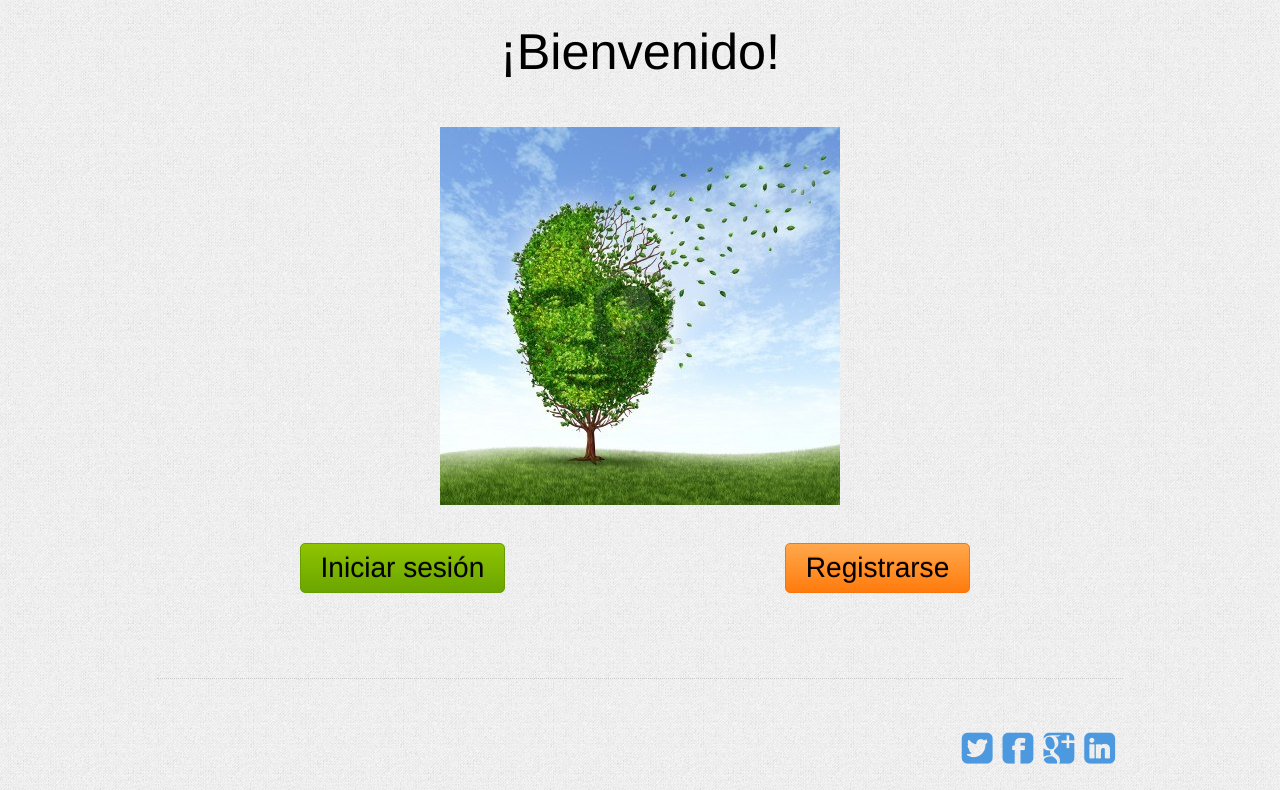
Repository: SCeruso/RememberMe
Page: bienvenido.html
The author's editor kept a record of every edit. The page is drawn from the files as they stood at one moment, then again after the next edit.
The browser window is 1280 px wide. The pictures show the whole page.
Some web libraries are served in a nearby version.

Above is the page before.

### bienvenido.html
<!DOCTYPE html>
<html>
<head>
	<!-- META -->
	<title>HTML KickStart Elements</title>
	<meta charset="UTF-8">
	<meta name="viewport" content="width=device-width, initial-scale=1.0"/>
	<meta name="description" content="" />

	<!-- CSS -->
	<link rel="stylesheet" type="text/css" href="css/kickstart.css" media="all" />
	<link rel="stylesheet" type="text/css" href="style.css" media="all" />

	<!-- Javascript -->
	<script type="text/javascript" src="https://ajax.googleapis.com/ajax/libs/jquery/1.9.1/jquery.min.js"></script>
	<script type="text/javascript" src="js/kickstart.js"></script>
</head>
<body>
<div class="grid">
	<div class="col_12">
        	<h1 class="center">
        	    <p>¡Bienvenido!</p>
        	</h1>
		<br />
		<div class="col_2"></div>
		<div class="col_8 center">
			<img src="imagenes/jaja.jpg" width="400" height="350" />
		</div>
		<div class="col_2"></div>
	</div>
	<div class="col_12">
	<div class="col_6">
		<h5 style="margin-bottom:40px;" class="center">
            		<p><a class="large button green" href="iniciarSesion.html"><font color="black">Iniciar sesión</font></a></p>
        	</h5>
	</div>
	<div class="col_6">
		<h5 style="margin-bottom:40px;" class="center">
            		<p><a class="large button orange" href="registrarse.html"><font color="black">Registrarse</font></a></p>
        	</h5>
	</div>
	</div>
    <hr />
    <div class="col_12">
        <h3 class="right">
            <a href = "http://www.twitter.com" target = "blank">
            	<i class="icon-twitter-sign" title= "Twitter"></i></a>
            <a href = "http://www.facebook.com" target = "blank">
            	<i class="icon-facebook-sign" title= "Facebook"></i></a>
            <a href = "http://www.google.com" target = "blank">
            	<i class="icon-google-plus-sign" title= "Google +"></i></a>
            <a href = "http://www.linkedin.com" target = "blank">
            	<i class="icon-linkedin-sign" title= "Linkedin"></i></a>
        </h3>
    </div>
</div> <!-- End Grid -->
</body>
</html>

### style.css
/*
	99Lime.com HTML KickStart by Joshua Gatcke
	style.css

*/

/*---------------------------------
	IMPORTS
-----------------------------------*/
@import url(http://fonts.googleapis.com/css?family=Arimo:400,700);

/*---------------------------------
	OVERRIDES
-----------------------------------*/
h1,h2,h3,h4,h5,h6{
font-family: "Arimo", arial, verdana, sans-serif;
font-weight:normal;
}

thead th,
tbody th{
font-family: "Arimo", arial, verdana, sans-serif;
}

button,
a.btn,
input[type="submit"],
input[type="reset"],
input[type="button"]{
font-family: "Arimo", arial, verdana, sans-serif;
}

.menu{
font-family: "Arimo", arial, verdana, sans-serif;
}

blockquote{
font-family: "Arimo", arial, verdana, sans-serif;
}

/*---------------------------------
	LAYOUT
-----------------------------------*/
body{
margin:0;
padding:0 0 0 0;
color:#000;
/*background-repeat:repeat;*/
background:#efefef url(css/img/gray_jean.png);
/*background-size:cover;*/
/*background-image:url(css/img/gray_jean.png);*/
font:normal 0.9em/150% 'Arimo', arial, verdana, sans-serif;
text-shadow: 0 0 1px transparent; /* google font pixelation fix */
}

#wrap{
width:100%;
background:#fff;
margin:30px auto 30px auto;
padding:0 2%;
border:1px solid #ccc;
}


#footer{
text-align:center;
padding:20px;
margin:0;
border-top:1px solid #ddd;
color:#999;
font-size:0.8em;
text-shadow:0px 1px 1px #fff;
position: relative;
top:0;
left:0;
background:#fff;
}

	#link-top{
	display:none;
	}

/* NAV BAR*/
.navbar{
position:fixed;
top:0;
left:0;
width: 100%;
background:#000;
color:#fff;
z-index:1000;
}

	.navbar #logo{
	position:absolute;
	top:0;
	right:0;
	padding:0.5em 1em;
	font-size: 1.7em;
	color:#efefef;
	text-decoration:none;
	}

	.navbar span{
	color:#86dc00;
	}


	.navbar ul{
	display:inline-block;
	margin:0;
	padding:0;
	}

		.navbar li{
		margin:0;
		padding:0;
		list-style-type:0;
		display:inline-block;
		}

		.navbar li a{
		display:inline-block;
		color:#efefef;
		padding:1em 1.3em;
		text-decoration:none;
		text-transform: uppercase;
		line-height:100%;
		font-size: 1.2em;
		}

.callout{
background:#4598ef;/*#86dc00;*/
padding:3em 0;
color:#fff;
box-shadow:inset 0 0 10px rgba(0,0,0,0.2);
text-align: center;
text-shadow:0px 1px 3px rgba(0,0,0,0.2);
display:block;
}
	.callout + div.grid{margin-top:50px;}
	 a.callout{cursor:pointer;}
	 .callout i.icon-4x{font-size:6em;}
	 .callout h4{margin-bottom:30px;}
	 .callout-top{margin:50px 0 0 0;}
	 .callout p{margin-bottom:0;}
	 .callout .button{margin-top:10px;}
	 .callout.green{background:#19ad0b;/*#86dc00;*/}

#mc_embed_signup{
padding:30px 0;
}

#ui-preview{
border:5px solid #ddd;
margin:30px 0;
display:block;
}

### css/kickstart-forms.css
/*---------------------------------
	FORMS
-----------------------------------*/
form{
padding:0;
margin:0;
}

fieldset{
margin:30px 0 20px 0;
padding:5px 15px 15px 15px;
border:1px solid #ccc;
background:#f5f5f5;
-moz-border-radius:5px;
-webkit-border-radius:5px;
border-radius:5px;
position: relative;
top:0;
left:0;
}

	legend{
	-moz-border-radius:5px;
	-webkit-border-radius:5px;
	border-radius:5px;
	border:1px solid #ccc;
	background:#f5f5f5;
	padding:2px 10px;
	margin:0 0 0 0;
	display:block;
	position: relative;
	top:0;
	left:0;
	}

	/*IE ONLY - I know, this is a stop gap*/
	.msie fieldset{padding-top:25px;}
	.msie legend{position:absolute;top:-0.7em;left:10px;}

label{
display:inline-block;
*display:inline;
vertical-align: middle;
margin:0;
padding:0;
position:relative;
top:0;
left:0;
zoom:1;
-moz-box-sizing: border-box;
-webkit-box-sizing: border-box;
box-sizing: border-box;
}

	label.inline{
	display:inline;
	margin:0;
	}

	label span{
	color:#999;
	font-size:0.9em;
	}

	label span.right{
	position:absolute;
	bottom:0;
	right:0;
	text-align:right;
	display:inline-block;
	*display:inline;
	}

	label.disabled{
	color:#ccc;
	}

input{
display:inline-block;
*display:inline;
vertical-align: middle;
width:auto;
zoom:1;
margin:0;
border:1px solid #ccc;
font-size:1em;
padding:5px 0;
text-indent: 5px;
-moz-border-radius:5px;
-webkit-border-radius:5px;
border-radius:5px;
background:#fff;
-moz-box-shadow:inset 0 0 6px #ccc;
-webkit-box-shadow:inset 0 1px 6px #ccc;
box-shadow:inset 0 1px 6px #ccc;
-moz-box-sizing: border-box;
-webkit-box-sizing: border-box;
box-sizing: border-box;
}

	input::-webkit-input-placeholder,
	input:-moz-placeholder,
	.placeholder{
	color:#bbb;
	}

	input::-moz-focus-inner {border:0;}

	input[disabled="disabled"], input.disabled{
	color:#999;
	background:#f5f5f5;
	-moz-box-shadow:inset 0 0 2px #ddd;
	-webkit-box-shadow:inset 0 1px 2px #ddd;
	box-shadow:inset 0 1px 2px #ddd;
	}

	/* FOCUS STATES */
	input[type="text"]:focus,
	textarea:focus,
	button:focus,
	a.button:focus,
	select:focus,
	input[type="file"]:focus,
	input[type="password"]:focus{
	-webkit-box-shadow: 0 0 7px #6DB9FF;
	-moz-box-shadow   : 0 0 7px #6DB9FF;
	box-shadow        : 0 0 7px #6DB9FF;
	border: 1px solid #50B1FE;
	outline: none;
	}

	/* TRANSITION */
	input[type="text"],
	textarea,
	button,
	a.button,
	a,
	input[type="file"]{
	-moz-transition: -moz-box-shadow 0.5s, border 0.5s, background 0.5s;
	-webkit-transition: -webkit-box-shadow 0.5s, border 0.5s, background 0.5s;
	-o-transition:  box-shadow 0.5s, border 0.5s, background 0.5s;
	transition: box-shadow 0.5s, border 0.5s, background 0.5s;
	}

input.checkbox,
input[type="checkbox"]{
display:inline;
width:auto;
margin:0;
padding:0;
border:0;
background:none;
vertical-align:center;
*vertical-align: top;
}

input.radio,
input[type="radio"]{
display:inline;
width:auto;
margin:0;
padding:0;
border:0;
background:none;
vertical-align:center;
*vertical-align: top;
}

	input[type="radio"]:focus,
	input[ type="checkbox"]:focus{
	-webkit-box-shadow: 0 0 5px #6DB9FF;
	-moz-box-shadow   : 0 0 5px #6DB9FF;
	box-shadow        : 0 0 5px #6DB9FF;
	outline-color: #6DB9FF;
	}

input.file,
input[type="file"]{
/*font-size:0.8em;*/
-moz-box-shadow:none;
-webkit-box-shadow:none;
box-shadow:none;
border:none;
}

select{
display:inline;
width:auto;
margin:0;
border:1px solid #ccc;
line-height:100%;
padding:3px;
vertical-align: middle;
}

        select[disabled="disabled"], select.disabled{
        color:#999;
        background:#f5f5f5;
        -moz-box-shadow:inset 0 0 2px #ddd;
        -webkit-box-shadow:inset 0 1px 2px #ddd;
        box-shadow:inset 0 1px 2px #ddd;
        }

textarea{
width:auto;
height:200px;
margin:0;
border:1px solid #ccc;
padding:5px;
vertical-align: middle;
font-family:inherit;
font-size:0.9em;
-moz-border-radius:5px;
-webkit-border-radius:5px;
border-radius:5px;
-moz-box-shadow:inset 0 0 6px #ccc;
-webkit-box-shadow:inset 0 1px 6px #ccc;
box-shadow:inset 0 1px 6px #ccc;
-moz-box-sizing: border-box;
-webkit-box-sizing: border-box;
box-sizing: border-box;
}

/*---------------------------------
	COLUMN SIZES
-----------------------------------*/

/* sizes */
input[class*="col_"],
select[class*="col_"],
label[class*="col_"]{
float:none;display:inline-block;*display:inline;margin-bottom:0;
*margin-left: 0.5%;*margin-right: 0.5%;/* this is for IE 7 Only and is not a good fix - work needed here */
}

/*---------------------------------
	FORMS VERTICAL
-----------------------------------*/
form.vertical{

}

	form.vertical label{display:block;}
	form.vertical input,
	form.vertical select,
	form.vertical textarea{width:100%;display:block;margin-bottom:10px;}
	form.vertical .chzn-container{display:block;margin-bottom:10px;}
	form.vertical .chzn-choices{display:block;margin-bottom:10px;}

	/* radios & checks */
	form.vertical input.checkbox,
	form.vertical input[type="checkbox"],
	form.vertical input.radio,
	form.vertical input[type="radio"],
	form.vertical label.inline{display:inline;width:auto;margin:0;}
/*---------------------------------
	FORM VALIDATION
-----------------------------------*/
label.error{color:red;}
input.error{border:1px solid red;}
select.error{border:1px solid red;}

/*---------------------------------
	NOTICES
-----------------------------------*/
.notice{
border:1px solid gold;
background:lightyellow;
padding:10px 20px 10px 40px;
margin:10px 0;
-moz-border-radius:5px;
-webkit-border-radius:5px;
border-radius:5px;
color:#DEAE00;
line-height:120%;
vertical-align: center;
text-shadow:0px 1px rgba(255,255,255,0.5);
position:relative;
top:0;
left:0;
clear:both;
}

	.notice.warning{}/*default*/
	.notice.error{border:1px solid red;background:pink;color:red;}
	.notice.success{border:1px solid green;background:lightgreen;color:green;}
	.notice i[class^='icon-']{position:absolute;top:50%;left:0.8em;margin-top:-0.6em;}
	.notice a[class^='icon-remove'],
	.notice a[class^='icon-remove']:active,
	.notice a[class^='icon-remove']:visited{font-size:12px;position:absolute;top:5px;right:5px;left:auto;color:inherit;margin-top:0;left:auto;}

### css/kickstart-grid.css
/*
	99Lime.com HTML KickStart by Joshua Gatcke
	kickstart-grids.css

	DO NOT EDIT THIS FILE unless you know what you are doing.
*/
/*---------------------------------
	GRID/COLUMNS
-----------------------------------
	tinyfluidgrid.com
	& girlfriendnyc.com
	with changes by 99Lime
-----------------------------------*/
 /*
 & Columns : 12
 & Gutter %: 20%
 & MaxWidth: 1280px
 */

.grid{
max-width:1220px;
margin:0 auto;
padding:0 2em;
}

.grid.flex{
width:100%;
max-width:100%;
padding:0 2%;
padding:2em;
}

.row{
display:block;
overflow:hidden;
clear:both;
}

*[class*="col_"].alpha{margin-left:0;}
*[class*="col_"].omega{margin-right:0;}

.col_1  { width: 6.6666666666667%; }
.col_2  { width: 15%; }
.col_3  { width: 23.333333333333%; }
.col_4  { width: 31.666666666667%; }
.col_5  { width: 40%; }
.col_6  { width: 48.333333333333%; }
.col_7  { width: 56.666666666667%; }
.col_8  { width: 65%; }
.col_9  { width: 73.333333333333%; }
.col_10 { width: 81.666666666667%; }
.col_11 { width: 90%; }
.col_12 { width: 98.333333333333%; }

*[class*="col_"]{
margin-left: 0.83333333333333%;
margin-right: 0.83333333333333%;
margin-top:0.5em;
margin-bottom:0.5em;
float: left;
display: block;
}

.grid img{
max-width: 100%;
height:auto;
}

.clear{clear:both;display:block;overflow:hidden;visibility:hidden;width:0;height:0}
.clearfix:after{clear:both;content:' ';display:block;font-size:0;line-height:0;visibility:hidden;width:0;height:0}
* html .clearfix, *:first-child+html .clearfix{zoom:1}

/* Viewable Grids
	To view your grids, add the class .visible to any grid container.
	This will add a background color so you can see the layout of your grids.
*/
*[class*="col_"].visible{
background:#eee;
border:1px dotted #ccc;
}


/*---------------------------------
	Responsive Grid Media Queries - 1280, 1024, 768, 480
	1280-1024 	- desktop (default grid)
	1024-768 	- tablet landscape
	768-480 	- tablet
	480-less 	- phone landscape & smaller
-----------------------------------*/
@media all and (min-width: 1024px) and (max-width: 1280px) {

	.grid *[class*="col_"]{}
	.grid{max-width: 1024px;}
	.show-desktop	{display:block;}
	.hide-desktop	{display:none;}
	.show-tablet	{display:none;}
	.hide-tablet	{display:block;}
	.show-phone		{display:none;}
	.hide-phone		{display:block;}

}

@media all and (min-width: 768px) and (max-width: 1024px) {

	.grid *[class*="col_"]{}
	.grid{max-width: 768px;}
	.show-desktop	{display:none;}
	.hide-desktop	{display:block;}
	.show-tablet	{display:block;}
	.hide-tablet	{display:none;}
	.show-phone		{display:none;}
	.hide-phone		{display:block;}

}


@media all and (min-width: 480px) and (max-width: 768px) {

	.grid *[class*="col_"]{
	float:none;
	width:auto;
	clear:both;
	display:block;
	}

	/* columns inside of columns */
	.grid *[class*="col_"] [class*="col_"]{
	margin-left:0;
	margin-right:0;
	width:100%;
	}

	.grid{max-width: 480px;}
	.show-desktop	{display:none;}
	.hide-desktop	{display:block;}
	.show-tablet	{display:block;}
	.hide-tablet	{display:none;}
	.show-phone		{display:none;}
	.hide-phone		{display:block;}

}

@media all and (max-width: 480px) {

	.grid *[class*="col_"]{
	float:none;
	width:auto;
	clear:both;
	display:block;
	}

	/* columns inside of columns */
	.grid *[class*="col_"] [class*="col_"]{
	margin-left:0;
	margin-right:0;
	width:100%;
	}

	.grid{max-width: 100%;/*320*/}
	.show-desktop	{display:none;}
	.hide-desktop	{display:block;}
	.show-tablet	{display:none;}
	.hide-tablet	{display:block;}
	.show-phone		{display:block;}
	.hide-phone		{display:none;}

}

### css/kickstart-slideshow.css
/*---------------------------------
	SLIDESHOW2 - Slight Fixes for the slideshow layout *needs work
-----------------------------------*/

	.slideshow{
	clear:both;
	margin:0;
	padding:0;
	width:auto;
	height:auto;
	overflow:hidden;
	}

		.slideshow li{
		list-style-type:none;
		margin:0;
		padding:0;
		float:left;
		display:block;
		}

/**
 * BxSlider v4.0 - Fully loaded, responsive content slider
 * http://bxslider.com
 *
 * Written by: Steven Wanderski, 2012
 * http://stevenwanderski.com
 * (while drinking Belgian ales and listening to jazz)
 *
 * CEO and founder of bxCreative, LTD
 * http://bxcreative.com
 */


/** RESET AND LAYOUT
===================================*/
.bx-wrapper, .bx-wrapper *{
	-webkit-box-sizing: content-box; /* Safari/Chrome, other WebKit */
  	-moz-box-sizing: content-box;    /* Firefox, other Gecko */
  	box-sizing: content-box;         /* Opera/IE 8+ */
}

.bx-wrapper {
	position: relative;
	margin: 0 0 60px;
	padding: 0;
	*zoom: 1;
}

.bx-wrapper img {
	width: 100%;
	display: block;
}

/** THEME
===================================*/

.bx-wrapper .bx-viewport {
	-moz-box-shadow: 0 0 5px #ccc;
	-webkit-box-shadow: 0 0 5px #ccc;
	box-shadow: 0 0 5px #ccc;
	border: solid #fff 5px;
	left: 0;
	background: #fff;
}

.bx-wrapper .bx-pager,
.bx-wrapper .bx-controls-auto {
	position: absolute;
	bottom: -30px;
	width: 100%;
}

/* LOADER */

.bx-wrapper .bx-loading {
	min-height: 50px;
	background: url(img/bx_loader.gif) center center no-repeat #fff;
	height: 100%;
	width: 100%;
	position: absolute;
	top: 0;
	left: 0;
	z-index: 2000;
}

/* PAGER */

.bx-wrapper .bx-pager {
	text-align: center;
	font-size: .85em;
	font-family: Arial;
	font-weight: bold;
	color: #666;
	padding-top: 20px;
}

.bx-wrapper .bx-pager .bx-pager-item,
.bx-wrapper .bx-controls-auto .bx-controls-auto-item {
	display: inline-block;
	*zoom: 1;
	*display: inline;
}

.bx-wrapper .bx-pager.bx-default-pager a {
	background: #666;
	text-indent: -9999px;
	display: block;
	width: 10px;
	height: 10px;
	margin: 0 5px;
	outline: 0;
	-moz-border-radius: 5px;
	-webkit-border-radius: 5px;
	border-radius: 5px;
}

.bx-wrapper .bx-pager.bx-default-pager a:hover,
.bx-wrapper .bx-pager.bx-default-pager a.active {
	background: #000;
}

/* DIRECTION CONTROLS (NEXT / PREV) */

.bx-wrapper .bx-prev {
	left: 10px;
	background: url(img/controls.png) no-repeat 0 -32px;
}

.bx-wrapper .bx-next {
	right: 10px;
	background: url(img/controls.png) no-repeat -43px -32px;
}

.bx-wrapper .bx-prev:hover {
	background-position: 0 0;
}

.bx-wrapper .bx-next:hover {
	background-position: -43px 0;
}

.bx-wrapper .bx-controls-direction a {
	position: absolute;
	top: 50%;
	margin-top: -16px;
	outline: 0;
	width: 32px;
	height: 32px;
	text-indent: -9999px;
	z-index: 9999;
}

.bx-wrapper .bx-controls-direction a.disabled {
	display: none;
}

/* AUTO CONTROLS (START / STOP) */

.bx-wrapper .bx-controls-auto {
	text-align: center;
}

.bx-wrapper .bx-controls-auto .bx-start {
	display: block;
	text-indent: -9999px;
	width: 10px;
	height: 11px;
	outline: 0;
	background: url(img/controls.png) -86px -11px no-repeat;
	margin: 0 3px;
}

.bx-wrapper .bx-controls-auto .bx-start:hover,
.bx-wrapper .bx-controls-auto .bx-start.active {
	background-position: -86px 0;
}

.bx-wrapper .bx-controls-auto .bx-stop {
	display: block;
	text-indent: -9999px;
	width: 9px;
	height: 11px;
	outline: 0;
	background: url(img/controls.png) -86px -44px no-repeat;
	margin: 0 3px;
}

.bx-wrapper .bx-controls-auto .bx-stop:hover,
.bx-wrapper .bx-controls-auto .bx-stop.active {
	background-position: -86px -33px;
}

/* PAGER WITH AUTO-CONTROLS HYBRID LAYOUT */

.bx-wrapper .bx-controls.bx-has-controls-auto.bx-has-pager .bx-pager {
	text-align: left;
	width: 80%;
}

.bx-wrapper .bx-controls.bx-has-controls-auto.bx-has-pager .bx-controls-auto {
	right: 0;
	width: 35px;
}

/* IMAGE CAPTIONS */

.bx-wrapper .bx-caption {
	position: absolute;
	bottom: 0;
	left: 0;
	background: #666\9;
	background: rgba(80, 80, 80, 0.75);
	width: 100%;
}

.bx-wrapper .bx-caption span {
	color: #fff;
	font-family: Arial;
	display: block;
	font-size: .85em;
	padding: 10px;
}

### css/tiptip.css
/*
	TipTip CSS - Version 1.2
	http://code.drewwilson.com/entry/tiptip-jquery-plugin
*/

#tiptip_holder { display: none; position: absolute; top: 0; left: 0; z-index: 99999; }
#tiptip_holder.tip_top { padding-bottom: 5px; }
#tiptip_holder.tip_bottom { padding-top: 5px; }
#tiptip_holder.tip_right { padding-left: 5px; }
#tiptip_holder.tip_left { padding-right: 5px; }

#tiptip_content {
font-size: 11px;
color: #fff;
text-shadow: 0 0 2px #000;
padding: 4px 8px;
border: 1px solid rgba(255,255,255,0.25);
background:#212121;
background-color: rgba(25,25,25,0.92);
background-image: -webkit-gradient(linear, 0% 0%, 0% 100%, from(transparent), to(#000));
-webkit-border-radius: 3px;
-moz-border-radius: 3px;
border-radius: 3px;
-webkit-box-shadow: 0 0 3px #555;
-moz-box-shadow: 0 0 3px #555;
box-shadow: 0 0 3px #555;
*background:#212121;
}

#tiptip_arrow, #tiptip_arrow_inner {
position: absolute;
border-color: transparent;
border-style: solid;
border-width: 6px;
height: 0;
width: 0;
}

#tiptip_holder.tip_top #tiptip_arrow {
border-top-color: #fff;
border-top-color: rgba(255,255,255,0.35);
}

#tiptip_holder.tip_bottom #tiptip_arrow {
border-bottom-color: #fff;
border-bottom-color: rgba(255,255,255,0.35);
}

#tiptip_holder.tip_right #tiptip_arrow {
border-right-color: #fff;
border-right-color: rgba(255,255,255,0.35);
}

#tiptip_holder.tip_left #tiptip_arrow {
border-left-color: #fff;
border-left-color: rgba(255,255,255,0.35);
}

#tiptip_holder.tip_top #tiptip_arrow_inner {
margin-top: -7px;
margin-left: -6px;
border-top-color: rgb(25,25,25);
border-top-color: rgba(25,25,25,0.92);
}

#tiptip_holder.tip_bottom #tiptip_arrow_inner {
margin-top: -5px;
margin-left: -6px;
border-bottom-color: rgb(25,25,25);
border-bottom-color: rgba(25,25,25,0.92);
}

#tiptip_holder.tip_right #tiptip_arrow_inner {
margin-top: -6px;
margin-left: -5px;
border-right-color: rgb(25,25,25);
border-right-color: rgba(25,25,25,0.92);
}

#tiptip_holder.tip_left #tiptip_arrow_inner {
margin-top: -6px;
margin-left: -7px;
border-left-color: rgb(25,25,25);
border-left-color: rgba(25,25,25,0.92);
}

/* Webkit Hacks  */
@media screen and (-webkit-min-device-pixel-ratio:0) {
	#tiptip_content {
		padding: 4px 8px 5px 8px;
		background-color: rgba(45,45,45,0.88);
	}
	#tiptip_holder.tip_bottom #tiptip_arrow_inner {
		border-bottom-color: rgba(45,45,45,0.88);
	}
	#tiptip_holder.tip_top #tiptip_arrow_inner {
		border-top-color: rgba(20,20,20,0.92);
	}
}

Loaded but not shown: css/jquery.fancybox-1.3.4.css (library); css/prettify.css (common file); css/fonts/fontawesome/css/font-awesome.min.css (library); js/kickstart.js (424 lines, source omitted); css/kickstart-buttons.css (369 lines, source omitted); css/kickstart.css (508 lines, source omitted); css/kickstart-menus.css (180 lines, source omitted)

After the next edit:
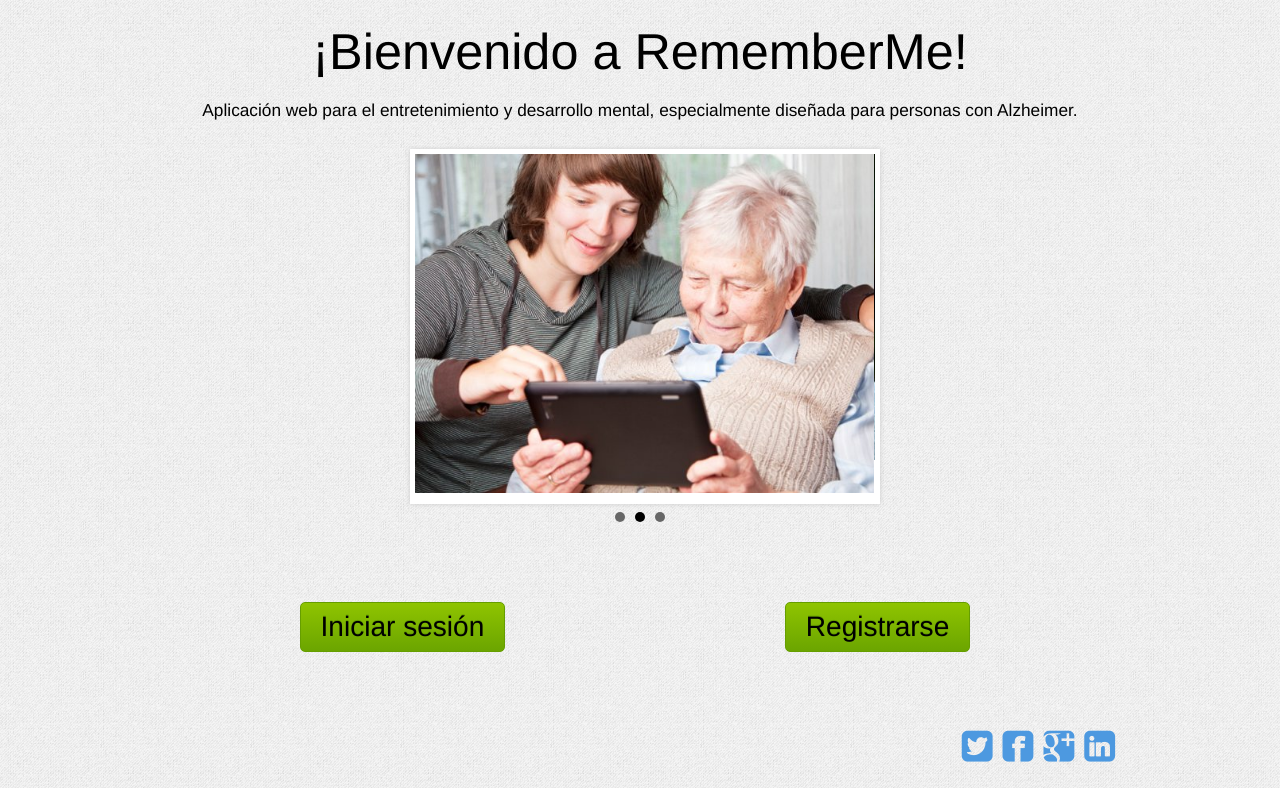
The edit:
--- a/bienvenido.html
+++ b/bienvenido.html
@@ -19,15 +19,24 @@
 <div class="grid">
 	<div class="col_12">
         	<h1 class="center">
-        	    <p>¡Bienvenido!</p>
+        	    <p>¡Bienvenido a RememberMe!</p>
         	</h1>
-		<br />
-		<div class="col_2"></div>
-		<div class="col_8 center">
-			<img src="imagenes/jaja.jpg" width="400" height="350" />
-		</div>
-		<div class="col_2"></div>
+
+		<h6 class="center">
+				Aplicaci&oacute;n web para el entretenimiento y desarrollo mental, especialmente diseñada para personas con Alzheimer.
+		</h6>
 	</div>
+	<div class="col_12">
+	<div class="col_3"></div>
+        <div class="col_6">
+            <ul class="slideshow">
+                <li><img class="align-left" src="imagenes/domingo-saludable-mayores--300x180.jpg" width="300" height="250" />
+                <li><img class="align-left" src="imagenes/chica_abuela.jpg" width="300" height="250" />
+                <li><img class="align-left" src="imagenes/pareja.jpg" width="300" height="250" />
+            </ul>
+        </div>
+        <div class="col_3"></div>
+     </div>
 	<div class="col_12">
 	<div class="col_6">
 		<h5 style="margin-bottom:40px;" class="center">
@@ -36,11 +45,10 @@
 	</div>
 	<div class="col_6">
 		<h5 style="margin-bottom:40px;" class="center">
-            		<p><a class="large button orange" href="registrarse.html"><font color="black">Registrarse</font></a></p>
+            		<p><a class="large button green" href="registrarse.html"><font color="black">Registrarse</font></a></p>
         	</h5>
 	</div>
 	</div>
-    <hr />
     <div class="col_12">
         <h3 class="right">
             <a href = "http://www.twitter.com" target = "blank">
